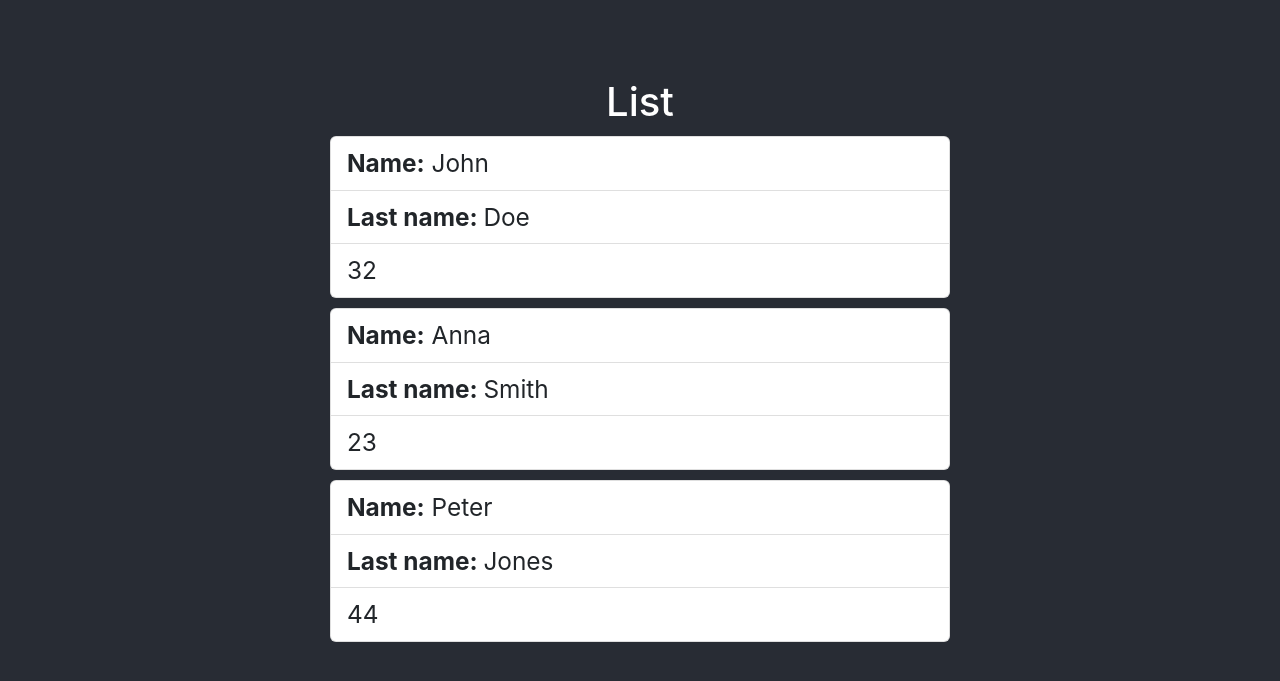
Repository: JasonMorta/ExamplesWithReact
Page: / (app in examples/)
These files come from the project's save history. The page is drawn as it stood at one moment and after the next save; the edit follows.
The browser window is 1280 px wide. The pictures show the whole page.
The project was rebuilt for these pictures with package versions that can differ from the ones it lists, and the page was loaded fresh each time.

Above is the page before, as saved 2022-10-03 19:49:42.

### examples/public/index.html
<!DOCTYPE html>
<html lang="en">
  <head>
    <meta charset="utf-8" />
    <link rel="icon" href="%PUBLIC_URL%/favicon.ico" />
    <meta name="viewport" content="width=device-width, initial-scale=1" />
    <meta name="theme-color" content="#000000" />
    <meta
      name="description"
      content="Web site created using create-react-app"
    />
    <link rel="apple-touch-icon" href="%PUBLIC_URL%/logo192.png" />
    <!--
      manifest.json provides metadata used when your web app is installed on a
      user's mobile device or desktop. See https://developers.google.com/web/fundamentals/web-app-manifest/
    -->
    <link rel="manifest" href="%PUBLIC_URL%/manifest.json" />
    <!--
      Notice the use of %PUBLIC_URL% in the tags above.
      It will be replaced with the URL of the `public` folder during the build.
      Only files inside the `public` folder can be referenced from the HTML.

      Unlike "/favicon.ico" or "favicon.ico", "%PUBLIC_URL%/favicon.ico" will
      work correctly both with client-side routing and a non-root public URL.
      Learn how to configure a non-root public URL by running `npm run build`.
    -->
    <link href="https://cdn.jsdelivr.net/npm/bootstrap@5.2.1/dist/css/bootstrap.min.css" rel="stylesheet">
    <title>React App</title>
  </head>
  <body>
    <noscript>You need to enable JavaScript to run this app.</noscript>
    <div id="root"></div>
    <!--
      This HTML file is a template.
      If you open it directly in the browser, you will see an empty page.

      You can add webfonts, meta tags, or analytics to this file.
      The build step will place the bundled scripts into the <body> tag.

      To begin the development, run `npm start` or `yarn start`.
      To create a production bundle, use `npm run build` or `yarn build`.
    -->
  </body>
</html>

### examples/src/App.js
import logo from './logo.svg';
import './App.css';
import Instance from './components/Instance';





function App() {
  return (
    <div className="App">
      <header className="App-header">
      <Instance />
      </header>
    </div>
  );
}

export default App;

### examples/src/App.css
.App {
  text-align: center;
}

.App-logo {
  height: 40vmin;
  pointer-events: none;
}

@media (prefers-reduced-motion: no-preference) {
  .App-logo {
    animation: App-logo-spin infinite 20s linear;
  }
}

.App-header {
  background-color: #282c34;
  min-height: 100vh;
  display: flex;
  flex-direction: column;
  align-items: center;
  justify-content: center;
  font-size: calc(10px + 2vmin);
  color: white;
}

.App-link {
  color: #61dafb;
}

@keyframes App-logo-spin {
  from {
    transform: rotate(0deg);
  }
  to {
    transform: rotate(360deg);
  }
}


ul {
  margin: 10px;
  text-align: initial;
}

### examples/src/components/Instance.jsx
import React from 'react'

export default function Instance() {

const employees = [
  { firstName: "John", lastName: "Doe", age: 32 },
  { firstName: "Anna", lastName: "Smith", age: 23 },
  { firstName: "Peter", lastName: "Jones", age: 44 },
];



  return (
    <div style={{minWidth: "50%"}}>
      <h1>List</h1>

      {employees.map(obj =>
        <ul class="list-group">
          <li class="list-group-item"><b>Name:</b> {obj.firstName}</li>
          <li class="list-group-item"><b>Last name: </b>{obj.lastName}</li>
          <li class="list-group-item">{obj.age}</li>
        </ul>
      )}
    </div>
  );
}

Loaded but not shown: examples/src/index.js (common file); examples/src/index.css (common file); examples/src/reportWebVitals.js (common file)

After the next save:
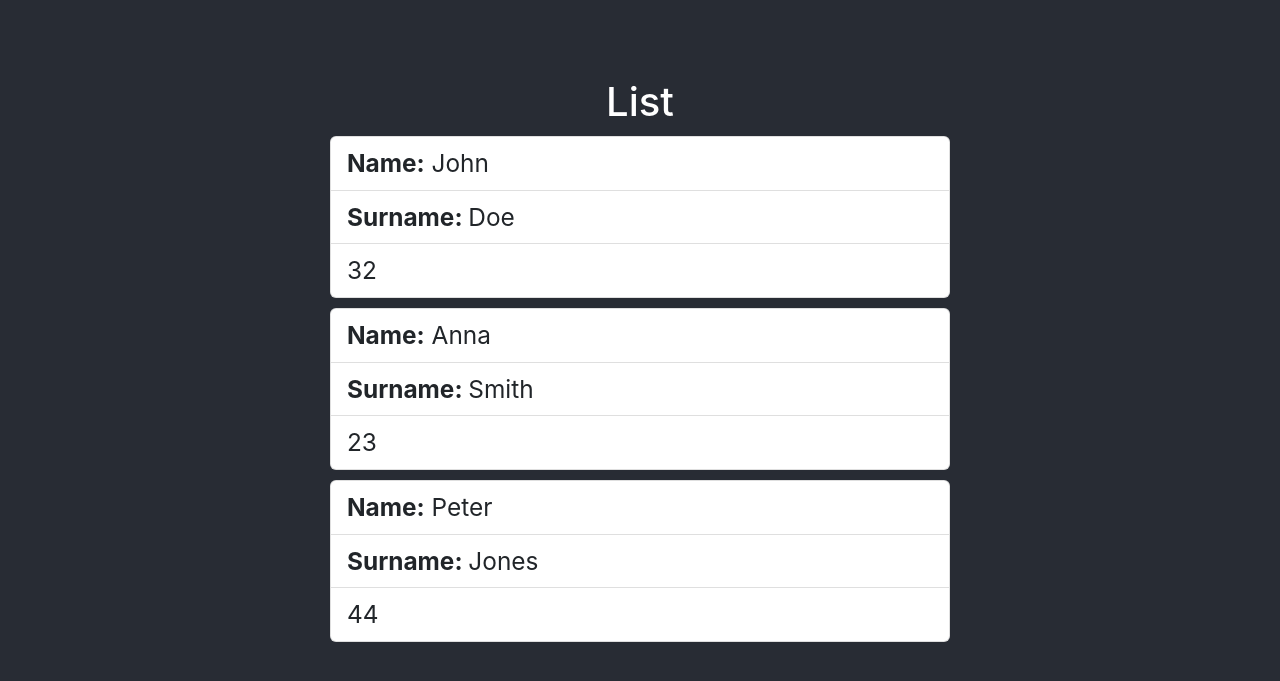
Saved 11 s later.
--- a/examples/src/components/Instance.jsx
+++ b/examples/src/components/Instance.jsx
@@ -17,7 +17,7 @@
       {employees.map(obj =>
         <ul class="list-group">
           <li class="list-group-item"><b>Name:</b> {obj.firstName}</li>
-          <li class="list-group-item"><b>Last name: </b>{obj.lastName}</li>
+          <li class="list-group-item"><b>Surname: </b>{obj.lastName}</li>
           <li class="list-group-item">{obj.age}</li>
         </ul>
       )}
